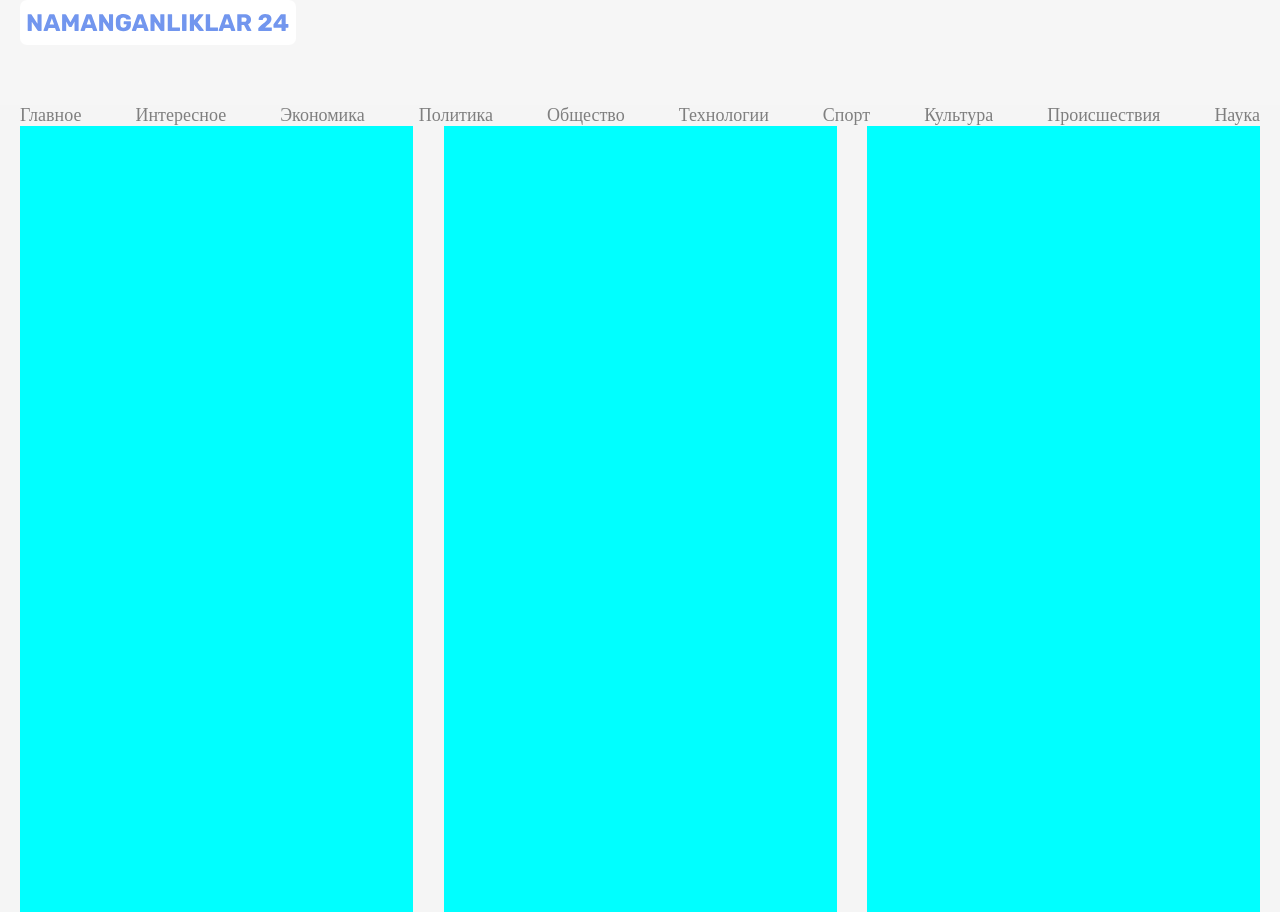
Repository: UlugbekAbdurasulov/projekt
Page: index.html
An editor plug-in stored every save of this project. The page is shown before and after a run of saves, followed by the edit.
The browser window is 1280 px wide. The pictures show the whole page.

Above is the page before, as saved 2023-05-29 16:25:03.

### index.html
<!DOCTYPE html>
<html lang="ru">
  <head>
    <meta charset="UTF-8" />
    <meta http-equiv="X-UA-Compatible" content="IE=edge" />
    <meta name="viewport" content="width=device-width, initial-scale=1.0" />
    <title>Document</title>
  </head>
  <link rel="stylesheet" href="./css/main.css" />
  <body>
    <header class="navbar">
      <div class="container">
        <div>
          <img src="./images/logo.svg" alt="" />
          <ul>
            <li>

            </li>
          </ul>
        </div>
      </div>
    </header>

    <h1 class="visually-hidden">Namanganliklar haqida yangliklar</h1>
    <div class="container">
      <ul class="menu">
        <li class="menu-text">Главное</li>
        <li class="menu-text">Интересное</li>
        <li class="menu-text">Экономика</li>
        <li class="menu-text">Политика</li>
        <li class="menu-text">Общество</li>
        <li class="menu-text">Технологии</li>
        <li class="menu-text">Спорт</li>
        <li class="menu-text">Культура</li>
        <li class="menu-text">Происшествия</li>
        <li class="menu-text">Наука</li>
      </ul>

      <menu class="box">
        <ul class="information-box" >
            <li class="information"></li>
            <li class="information"></li>
            <li class="information"></li>
            <li class="information"></li>
            <li class="information"></li>
            <li class="information"></li>
        </ul>
      </menu>
    </div>
  </body>
</html>

### css/main.css
* {
    box-sizing: border-box;
    text-decoration: none;
    list-style: none;
  }

body {
    margin: 0;
    padding: 0;
    background-color: #f5f5f5;
  }
  .container {
    width: 1240px;
    margin: 0px auto;
    padding: 0;
  }
.navbar{
background-color:#F6F6F6;
height: 105px;
}
.menu{
    margin: 0;
    padding: 0;
    display: flex;
    justify-content: space-between;
}
.menu-text{
    font-family: 'Rubik';
font-style: normal;
font-weight: 500;
font-size: 18px;
line-height: 21px;
text-align: center;
color: #7F7F7F;
}
.visually-hidden {
    position: absolute;
    width: 1px;
    height: 1px;
    margin: -1px;
    padding: 0;
    overflow: hidden;
    border: 0;
    clip: rect(0 0 0 0)
  }
  .information-box{
    display: flex;
    margin: 0;
    padding: 0;
    flex-wrap: wrap;
    justify-content: space-between;

  }
  .box{
    padding: 0;
    margin: 0;
  }

  .information{

    width: 393px;
    height: 393px;
    margin: 0px;
    background-color:aqua;
  }

After the next 3 saves:
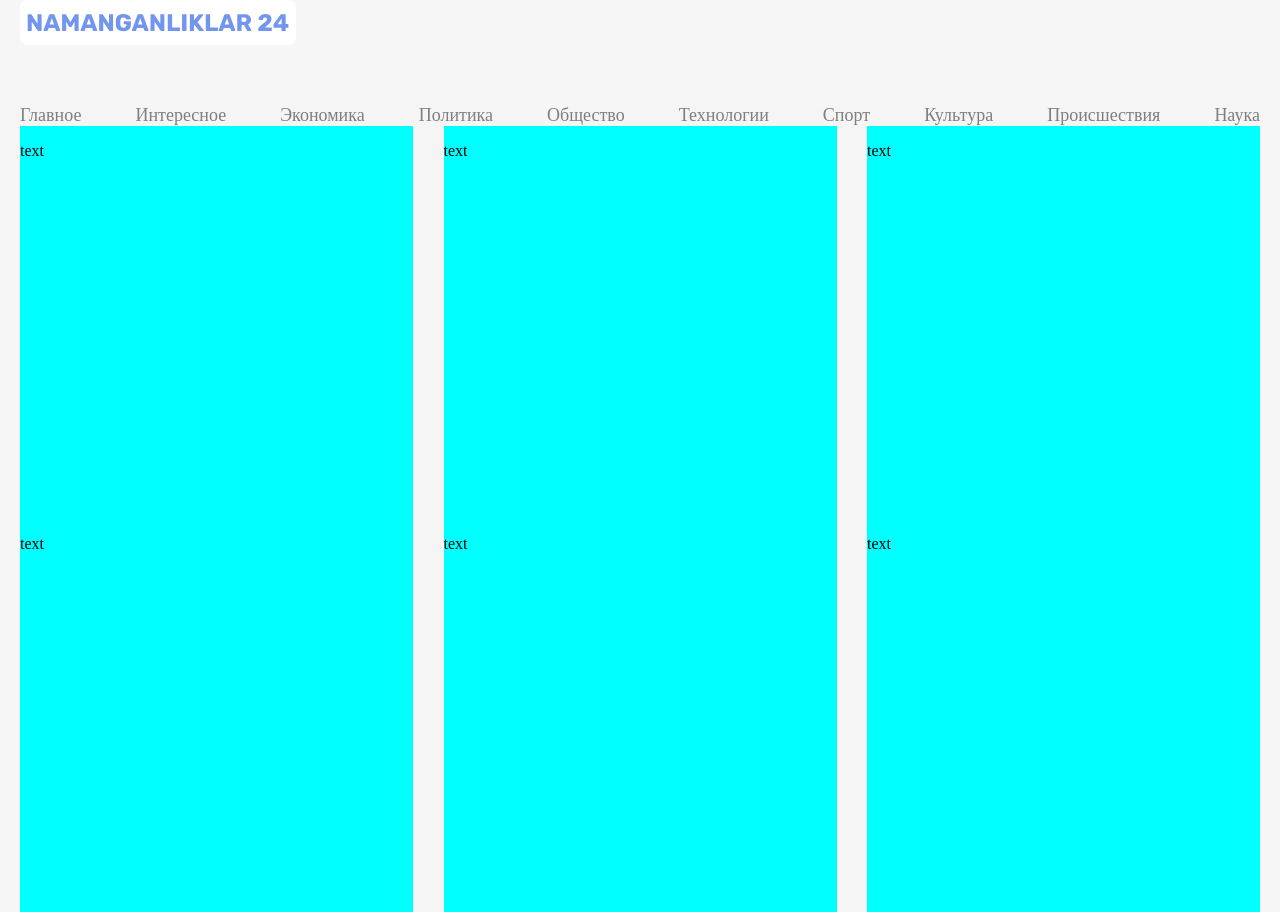
The 3 saves are shown as one change because they came seconds apart.
The last was saved 48 s later.
--- a/index.html
+++ b/index.html
@@ -38,12 +38,12 @@
 
       <menu class="box">
         <ul class="information-box" >
-            <li class="information"></li>
-            <li class="information"></li>
-            <li class="information"></li>
-            <li class="information"></li>
-            <li class="information"></li>
-            <li class="information"></li>
+            <li class="information"><p>text</p></li>
+            <li class="information"><p>text</p></li>
+            <li class="information"><p>text</p></li>
+            <li class="information"><p>text</p></li>
+            <li class="information"><p>text</p></li>
+            <li class="information"><p>text</p></li>
         </ul>
       </menu>
     </div>
